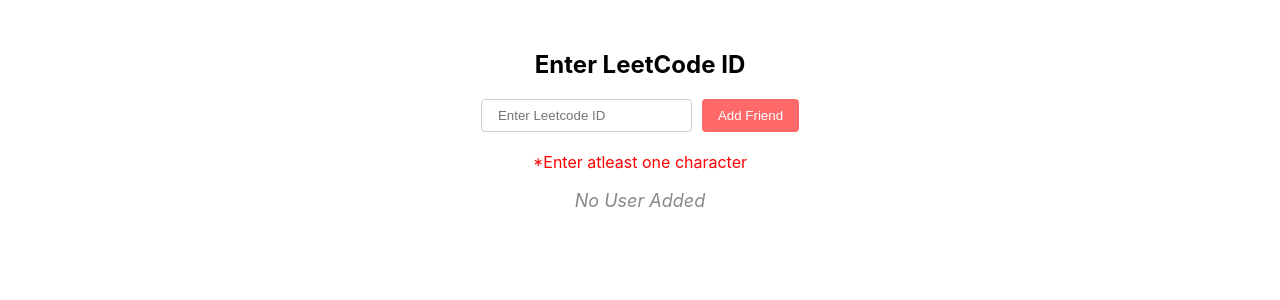
Repository: Sanketh149/leetcode-discord
Page: /
An editor plug-in stored every save of this project. The page is shown before and after the next save, followed by the edit.
The browser window is 1280 px wide. The pictures show the whole page.
The project was rebuilt for these pictures with package versions that can differ from the ones it lists, and the page was loaded fresh each time. Also part of the build but not shown: src/Modal.module.css, src/Modal.js, src/Cart.module.css, src/Cart.js.

Above is the page before, as saved 2023-06-21 17:08:37.

### public/index.html
<!DOCTYPE html>
<html lang="en">
  <head>
    <meta charset="utf-8" />
    <link rel="icon" href="%PUBLIC_URL%/favicon.ico" />
    <meta name="viewport" content="width=device-width, initial-scale=1" />
    <meta name="theme-color" content="#000000" />
    <meta
      name="description"
      content="Web site created using create-react-app"
    />
    <link rel="apple-touch-icon" href="%PUBLIC_URL%/logo192.png" />
    <!--
      manifest.json provides metadata used when your web app is installed on a
      user's mobile device or desktop. See https://developers.google.com/web/fundamentals/web-app-manifest/
    -->
    <link rel="manifest" href="%PUBLIC_URL%/manifest.json" />
    <!--
      Notice the use of %PUBLIC_URL% in the tags above.
      It will be replaced with the URL of the `public` folder during the build.
      Only files inside the `public` folder can be referenced from the HTML.

      Unlike "/favicon.ico" or "favicon.ico", "%PUBLIC_URL%/favicon.ico" will
      work correctly both with client-side routing and a non-root public URL.
      Learn how to configure a non-root public URL by running `npm run build`.
    -->
    <title>LeetMate</title>
  </head>
  <body>
    <noscript>You need to enable JavaScript to run this app.</noscript>
    <div id="root"></div>
    <div id="overlays"></div>
    <!--
      This HTML file is a template.
      If you open it directly in the browser, you will see an empty page.

      You can add webfonts, meta tags, or analytics to this file.
      The build step will place the bundled scripts into the <body> tag.

      To begin the development, run `npm start` or `yarn start`.
      To create a production bundle, use `npm run build` or `yarn build`.
    -->
  </body>
</html>

### src/App.js
import React, { useState } from "react";
import "./App.css";
import Cart from "./Cart";
const API_ENDPOINT = "/graphql";
const App = () => {
  const [username, setUsername] = useState("");
  const [user, setUser] = useState([]);
  const [leetId, setLeetId] = useState([]);
  const displayTitle = (item, titleSlug) => {
    const exisitingTitles = user.map((innerArray) => innerArray[0]);
    const exisitingSlugs = user.map((innerArray) => innerArray[1]);
    const uniqueTitles = [...new Set([...exisitingTitles, ...item])];
    const uniqueSlugs = [...new Set([...exisitingSlugs, ...titleSlug])];
    // const uniquePairs = uniqueTitles.map((name, index) => ({
    //   name,
    //   link: uniqueSlugs[index],
    // }));
    const uniquePairs = [];
    for (let i = 0; i < uniqueSlugs.length; i++) {
      const temp = [uniqueTitles[i], uniqueSlugs[i]];
      uniquePairs.push(temp);
    }
    setUser((prevState) => {
      return uniquePairs;
    });
  };

  const handleFormSubmit = async (event) => {
    event.preventDefault();

    const query = `
      {
        recentAcSubmissionList(username: "${username}") {
          id
          title
          titleSlug
        }
      }
    `;

    const url = `${API_ENDPOINT}?query=${encodeURIComponent(query)}`;

    fetch(url)
      .then((response) => response.json())
      .then((result) => {
        const titles = result.data.recentAcSubmissionList.map(
          (submission) => submission.title
        );
        const titleslugs = result.data.recentAcSubmissionList.map(
          (submission) => submission.titleSlug
        );
        displayTitle(titles, titleslugs);
        // displayTitleSlug(titleslugs);
      })
      .catch((error) => {
        setCartIsShown(true);
      });
  };

  const handleSubmit = (event) => {
    event.preventDefault();
    handleFormSubmit(event);
    if (!leetId.includes(username)) {
      setLeetId((prevState) => [...prevState, username]);
    }
  };
  const [cartIsShown, setCartIsShown] = useState(false);
  const showCartHandler = () => {
    setCartIsShown(true);
  };
  const hideCartHandler = () => {
    setCartIsShown(false);
  };
  const isSubmitDisabled = username.trim().length === 0;
  return (
    <div className="app">
      {cartIsShown && <Cart onClose={hideCartHandler} />}
      <h1 className="app__title">Enter LeetCode ID </h1>

      <form onSubmit={handleSubmit} className="app__form">
        <input
          type="text"
          value={username}
          onChange={(event) => setUsername(event.target.value)}
          placeholder="Enter Leetcode ID"
          className="app__input"
        />
        <button
          type="submit"
          className={`${
            isSubmitDisabled === true ? "app__button_disabled" : "app__button"
          }`}
          disabled={isSubmitDisabled}
        >
          Add Friend
        </button>
      </form>
      {isSubmitDisabled === true && (
        <div style={{ display: "block" }} className="errorShow">
          {" "}
          *Enter atleast one character
        </div>
      )}
      {leetId.map((item) => (
        <a href={`https://leetcode.com/${item}`} target="_blank">
          <button className="displayNameButton">{item}</button>
        </a>
      ))}
      {user.length > 0 && <div> The problems below are links :</div>}
      {user.length > 0 ? (
        <ul className="app__list">
          {user.map((item) => (
            <li className="app__item">
              <a
                href={`https://leetcode.com/problems/${item[1]}`}
                target="_blank"
              >
                {item[0]}
              </a>
            </li>
          ))}
        </ul>
      ) : (
        <p className="app__message">No User Added</p>
      )}
    </div>
  );
};

export default App;

### src/App.css
.app {
  text-align: center;
  margin-top: 50px;
}

.app__title {
  font-size: 24px;
  margin-bottom: 20px;
}

.app__form {
  display: flex;
  justify-content: center;
  margin-bottom: 20px;
}

.app__input {
  padding: 8px 16px;
  margin-right: 10px;
  border-radius: 4px;
  border: 1px solid #ccc;
}

.app__button {
  padding: 8px 16px;
  border-radius: 4px;
  background-color: #007bff;
  color: #fff;
  border: none;
  cursor: pointer;
}

.app__button_disabled {
  padding: 8px 16px;
  border-radius: 4px;
  background-color: #ff6969;
  color: #fff;
  border: none;
  cursor: pointer;
}

.app__list {
  list-style: none;
  padding-left: 0;
  margin-bottom: 20px;
}

.app__item {
  font-size: 18px;
  margin-bottom: 10px;
}

.app__message {
  font-size: 18px;
  font-style: italic;
  color: #888;
}

.app__list a {
  color: #007bff; /* Set the color for regular links */
  text-decoration: none; /* Remove underline for links */
}

.app__list a:visited {
  color: #007bff; /* Set the color for visited links */
}

.errorShow {
  color: red;
}

.displayNameButton {
  background-color: #f2f2f2;
  border: 1px solid black;
  border-radius: 4px;
  padding: 8px 12px;
  font-size: 14px;
  cursor: pointer;
  margin: 1rem;
}
.displayNameButton:hover {
  background-color: #e0e0e0;
}

Loaded but not shown: src/index.js (common file); src/index.css (common file); src/reportWebVitals.js (common file)

After the next save:
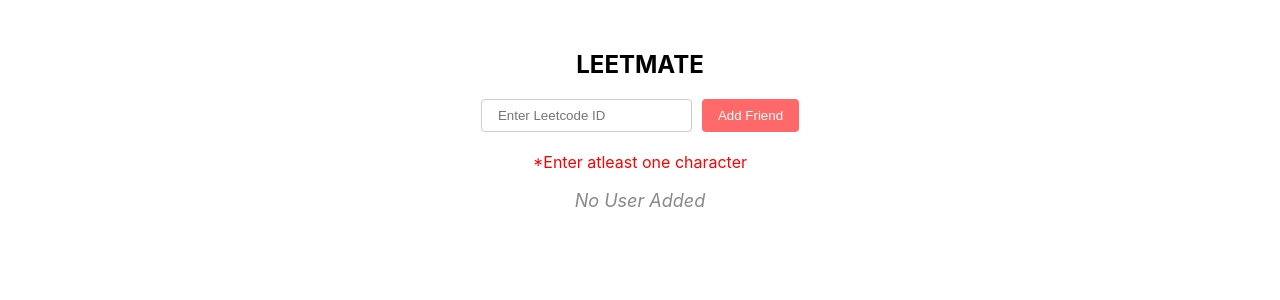
Saved 80 s later.
--- a/src/App.js
+++ b/src/App.js
@@ -75,7 +75,7 @@
   return (
     <div className="app">
       {cartIsShown && <Cart onClose={hideCartHandler} />}
-      <h1 className="app__title">Enter LeetCode ID </h1>
+      <h1 className="app__title">LEETMATE</h1>
 
       <form onSubmit={handleSubmit} className="app__form">
         <input
